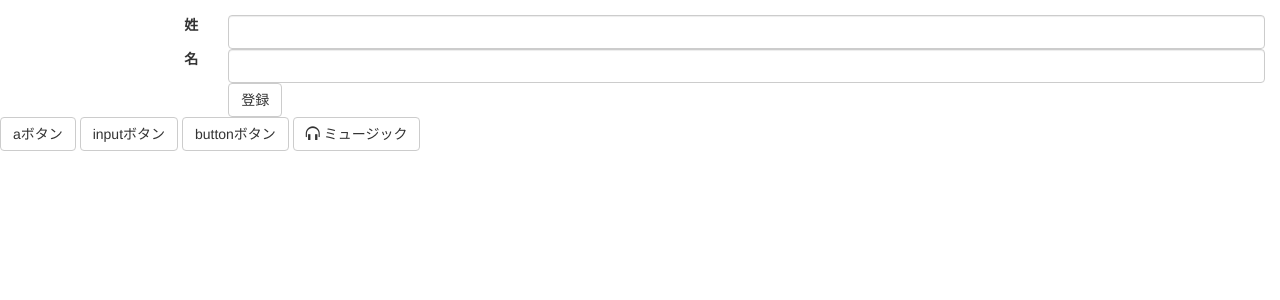
Repository: erinakatagiri/gomi
Page: bootstrap_lesson.html
The author's editor kept a record of every edit. The page is drawn from the files as they stood at one moment, then again after the next edit.
The browser window is 1280 px wide. The pictures show the whole page.

Above is the page before.

### bootstrap_lesson.html
<!DOCTYPE html>
<html>
    <head>
        <meta charset="utf-8">
        <meta http-equiv="X-UA-Compatible" content="IE=edge">
        <meta name="viewport" content="width=device-width, initial-scale=1">

        <title>Grid System Test</title>

        <!-- Bootstrap CSS-->
        <link rel="stylesheet" href="https://maxcdn.bootstrapcdn.com/bootstrap/3.3.7/css/bootstrap.min.css">
        <!-- jQuery -->
        <script src="https://ajax.googleapis.com/ajax/libs/jquery/1.12.4/jquery.min.js"></script>
        <!-- Bootstrap JavaScript-->
        <script src="https://maxcdn.bootstrapcdn.com/bootstrap/3.3.7/js/bootstrap.min.js"></script>

        <style>
            .row div {
                border: 1px solid #000;
                padding: 1em;
                text-align: center;
                background-color: #dedede;
            }

        </style>

    </head>
    <body>
       <form class=horizontal>
  <!-- "form-group" expresses a row -->
  <div class="form-group">
    <label class="col-xs-2 control-label text-right">姓</label>
    <div class="col-xs-10">
      <input type="text" class="form-control"  name="lastname">
    </div>
  </div>

  <!-- row -->
  <div class="form-group">
    <label class="col-xs-2 control-label text-right">名</label>
    <div class="col-xs-10">
      <input type="text" class="form-control"  name="
      firstname">
    </div>
  </div>

  <!-- row -->
  <div class="form-group">
    <div class="col-xs-offset-2 col-sm-10">
      <button type="submit" class="btn btn-default">登録</button>
    </div>
  </div>
  <a href="#" class="btn btn-default">aボタン</a>
<input type="submit" class="btn btn-default" value="inputボタン">
<button class="btn btn-default" type="submit">buttonボタン</button>

<button type="button" class="btn btn-default">
  <span class="glyphicon glyphicon-headphones"></span>
  ミュージック
</button>
</form>
    </div>
        </div>
    </body>
</html>

After the next edit:
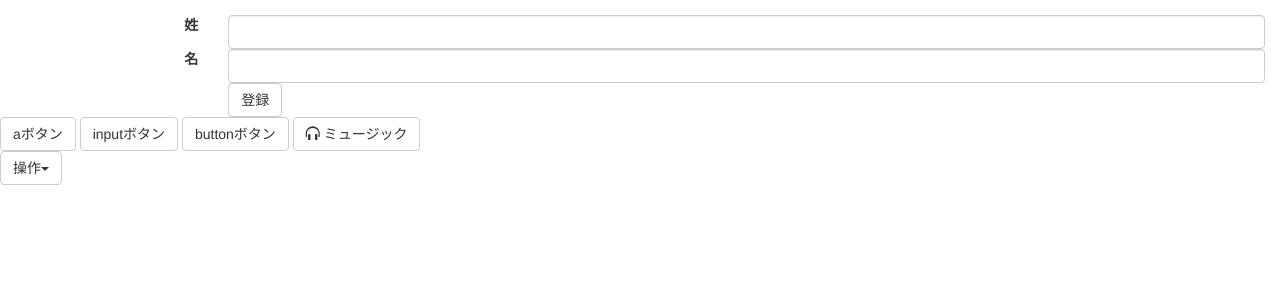
The edit:
--- a/bootstrap_lesson.html
+++ b/bootstrap_lesson.html
@@ -61,5 +61,18 @@
 </form>
     </div>
         </div>
+
+        <div class="dropdown">
+  <button type="button" class="btn btn-default dropdown-toggle" data-toggle="dropdown">
+    操作<span class="caret"></span>
+  </button>
+  <!-- choices -->
+  <ul class="dropdown-menu">
+    <li><a href="#">返信</a></li>
+    <li><a href="#">転送</a></li>
+    <li role="separator" class="divider"></li>
+    <li><a href="#">削除</a></li>
+  </ul>
+</div>
     </body>
 </html>
